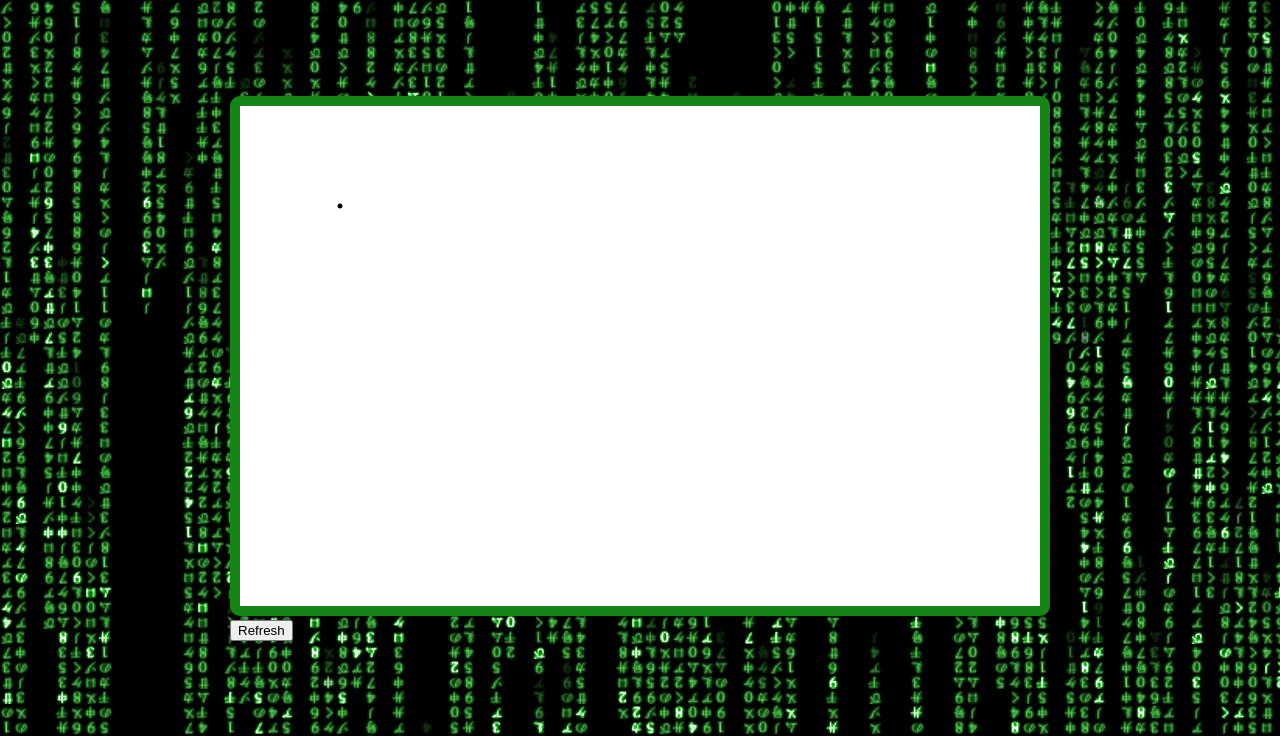
Repository: spidero7/Sketch-Canva
Page: index.html
These files come from the project's save history. The page is drawn as it stood at one moment and after a run of saves; the edit follows.
The browser window is 1280 px wide. The pictures show the whole page.

Above is the page before, as saved 2021-09-05 08:07:30.

After the next 2 saves:
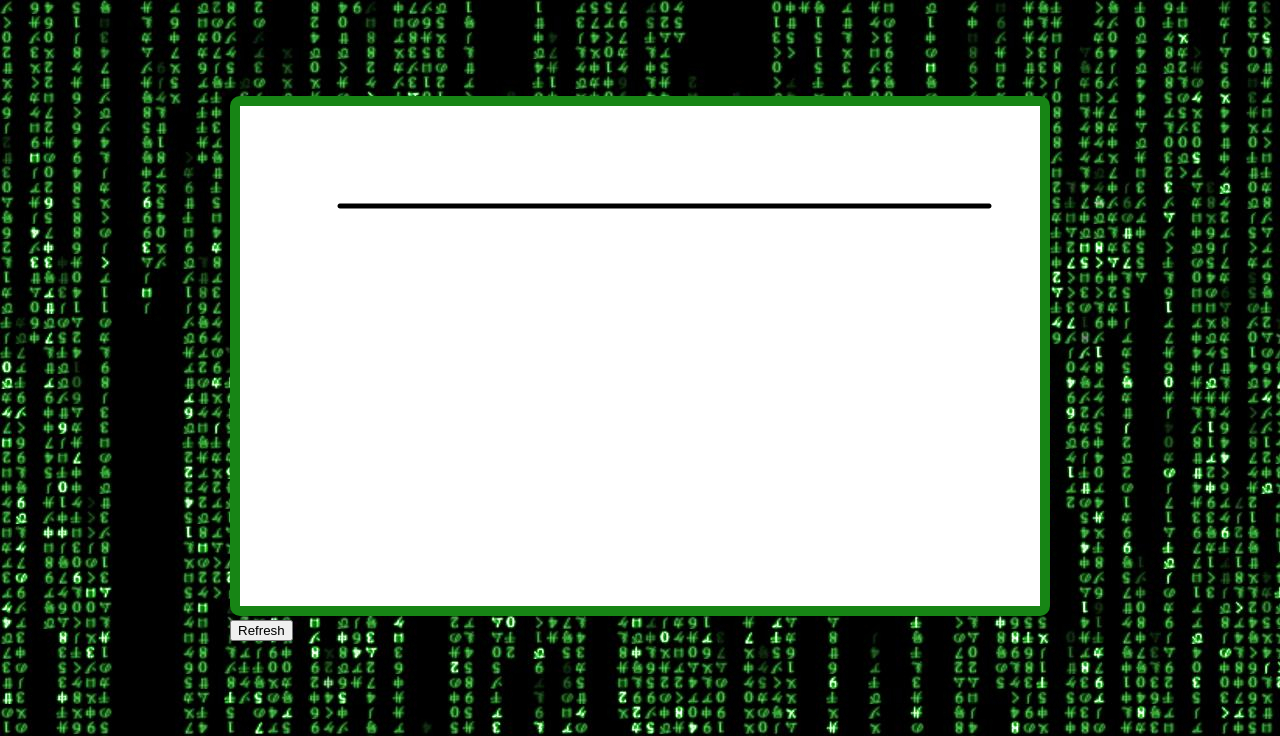
The 2 saves are shown as one change because they came seconds apart.
The last was saved 16 s later.
--- a/script.js
+++ b/script.js
@@ -15,7 +15,7 @@
 ctx.lineWidth = 10;
 
 ctx.beginPath(); // start the drawing
-ctx.moveTo(200, 200);
+ctx.moveTo(x, 200);
 ctx.lineTo(200, 200);
 ctx.stroke();
 

After the save that followed:
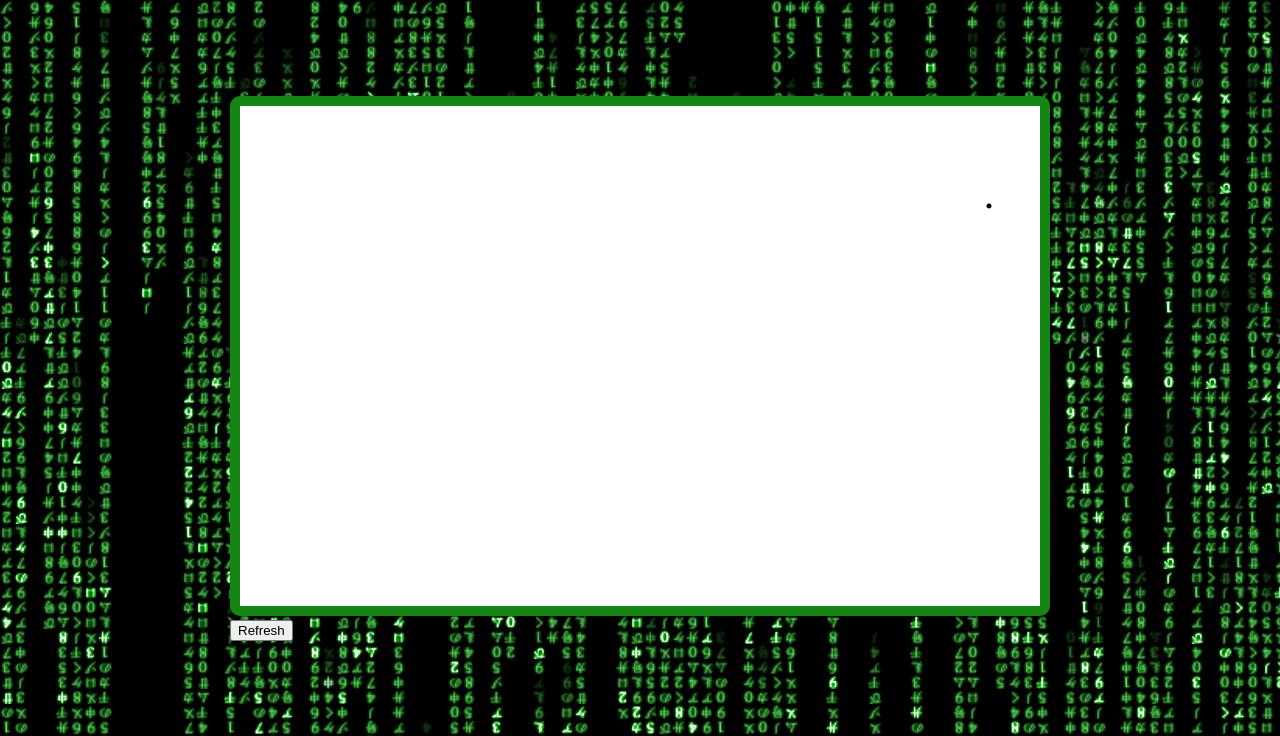
Saved 10 s later.
--- a/script.js
+++ b/script.js
@@ -16,7 +16,7 @@
 
 ctx.beginPath(); // start the drawing
 ctx.moveTo(x, 200);
-ctx.lineTo(200, 200);
+ctx.lineTo(x, 200);
 ctx.stroke();
 
 // Write a draw function
